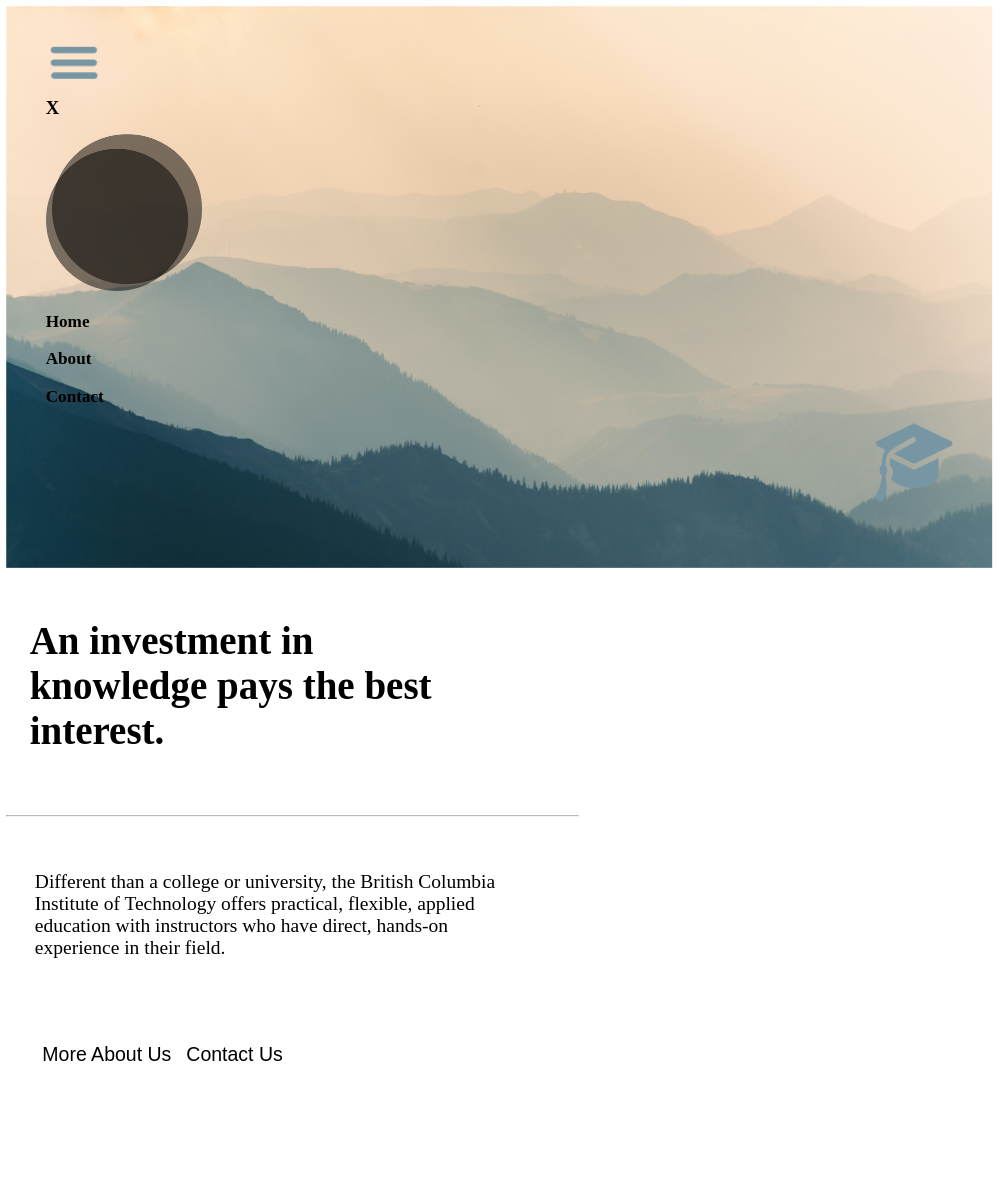
Repository: sierralaurent/MDIA2109-Assignment01
Page: /, after clicking the first element matching `button`
These files come from the project's save history. The page is drawn as it stood at one moment and after a run of saves; the edit follows.
The browser window is 1280 px wide. The pictures show the whole page, at 78% of full size.
The project was rebuilt for these pictures with package versions that can differ from the ones it lists, and the page was loaded fresh each time. The framework's server and built-in components were replaced by stand-ins that run in the browser. Also part of the build but not shown: next.config.js.

Above is the page before, as saved 2023-02-05 16:36:07.

### pages/index.js
import Head from 'next/head'
import Image from 'next/image'
import { Inter } from '@next/font/google'
import styles from '@/styles/Home.module.css'
import Link from 'next/link'
import Card from '../components/Card'
const inter = Inter({ subsets: ['latin'] })

export default function Home() {
  return (
    <>
    <nav>
      <Head>
        <title>Home</title>
        <meta name="author" content="MDIA 2109" />
        <meta property="og:title" content="Assignment #1 - Home Page" />
        <meta property="og:description" content="BCIT Digital Design and Development Diploma" />
        <link rel="icon" href="/favicon.png" />
        </Head>
        <main className={styles.main} >

          <div className={styles.nav}>
          <Card className={styles.icon1}/>
            <img src="icons/graduation-hat.png" className={styles.icon2}/>
          </div>
          <div className={styles.middle}>
            <div >
            <div className={styles.intro}>
            <h1>An investment in knowledge pays the best interest.</h1>
            </div>
            <hr></hr>
            <div className={styles.intro2}>
            <p>Different than a college or university, the British Columbia Institute of Technology offers practical, flexible, applied education with instructors who have direct, hands-on experience in their field.</p>
            </div>
            </div>

            <div className={styles.buttons}>
            <Link href="/about">
          <button className={styles.butt}>More About Us</button>
        </Link>
        <Link href="/contact">
        <button className={styles.butt}>Contact Us</button>
        </Link>
            </div>
            </div>
          <div className={styles.bottom}>
            <a href="/about">
              <span>
                <img src="icons/downwardArrow.png" className={styles.icon3}/>
              </span>
            </a>
          </div>
        </main>
    </nav>
    </>
  )
}

### styles/Home.module.css
.main {
  background-image: url('../public/background-images/backgroundMountain.jpg');
  background-size: cover;
  height: 100vh;
}

.nav {
  padding: 4%;
}

.buttons {
  padding: 5%;
  bottom: 6rem;
  left: 1rem;
  gap: 2rem;
}

.butt {
  border: 3px solid white;
  border-radius: 8%;
  background-color: transparent;
  font-size: 25px;
  width: fit-content;
  padding: 1%;

}

.butt:hover {
  background-color: white;
  color: black;
}

.intro {
  display: flex;
  justify-content: left;
  flex-direction: row;

}

.intro2 {
  display: flex;
  justify-content: left;
  flex-direction: row;
  font-size: 25px;
  padding: 5%;
}

.intro h1 {
  font-size: 50px;
  padding: 5%;
  flex-direction: row;
}
.intro p {
  font-size: 30px;
  padding: 5%;
  flex-direction: row;
}

.middle {
  display: flex;
  flex-direction: column;
  justify-content: left;
  align-items: left;
  padding-top: 10%;
  padding-right: 30%;
}

.icon1 {
  width: 100px;
  height: 100px;
  float: left;
}

.icon2 {
  width: 100px;
  height: 100px;
  float: right;
}

.icon3 {
  width: 5vw;
  height: 5vh;
  float: right;
}

.bottom {
  padding: 8%;
  padding-top: 1%;
}

/* Desktop */
@media only screen and (min-width: 1000px) {
    .intro {
      max-width: 600px;
    }
    .intro2 {
      max-width: 600px;
    }
}


/* Tablet or iPad Air */
@media only screen and (min-width: 600px) and (max-width: 999px ) {
    .intro {
      max-width: 800px;
    }
    .middle {
      padding-right: 10%;
    }
    .intro h1 {
      font-size: 35px;
    }
    .intro2 p {
      font-size: 20px;
    }
    .butt {
      font-size: 20px;
    }
    .icon1 {
      width: 80px;
      height: 80px;
    }
    .icon2 {
      width: 80px;
      height: 80px;
    }
    .bottom {
      padding-top: 30%;
    }
}

/* Mobile or iPhone XR */
@media only screen and (max-width: 599px ) {
  .intro {
    max-width: 800px;
  }
  .middle {
    padding-right: 10%;
  }
  .intro h1 {
    font-size: 28px;
  }
  .intro2 p {
    font-size: 18px;
  }
  .butt {
    font-size: 18px
  }
  .icon1 {
    width: 50px;
    height: 50px;
  }
  .icon2 {
    width: 50px;
    height: 50px;
  }
  .icon3 {
    width: 40px;
    height: 40px;
  }
  .bottom {
    padding-top: 40%;
    padding-left: 5%;
  }
}

### components/Card/index.js
import {useState} from 'react'
import Image from 'next/image'
import styles from '@/components/Card/card.module.css'

const Card = () => {
    const [showPopup, setShowPopup] = useState(0);

    return (
        <div>
            <button className={styles.butt}
                onClick={() => setShowPopup(true)}
                >
                    <img src='/icons/menu-icon.png' width={60}></img>
            </button>

            {
                showPopup ? (
                    <div className={styles.menubutton}>
                        <h1 className={styles.x} onClick={() => setShowPopup(0)}>
                            X
                        </h1>
                        <img src="./background-images/menuBackground.png" width={200} className={styles.background}></img>

                        <div className={styles.menu}>
                            <h3>Home</h3>
                            <h3>About</h3>
                            <h3>Contact</h3>
                        </div>


                        </div>
                ) : null
            }
        </div>
    );
};

export default Card;

### components/Card/card.module.css
.x {

}

.butt {
    background-color: transparent;
    border: none;
}

.menubutton {

}

.menu h3 {
    font-size: 22px;
}

.background {

}

Loaded but not shown: pages/_document.js (common file)

After the next 3 saves:
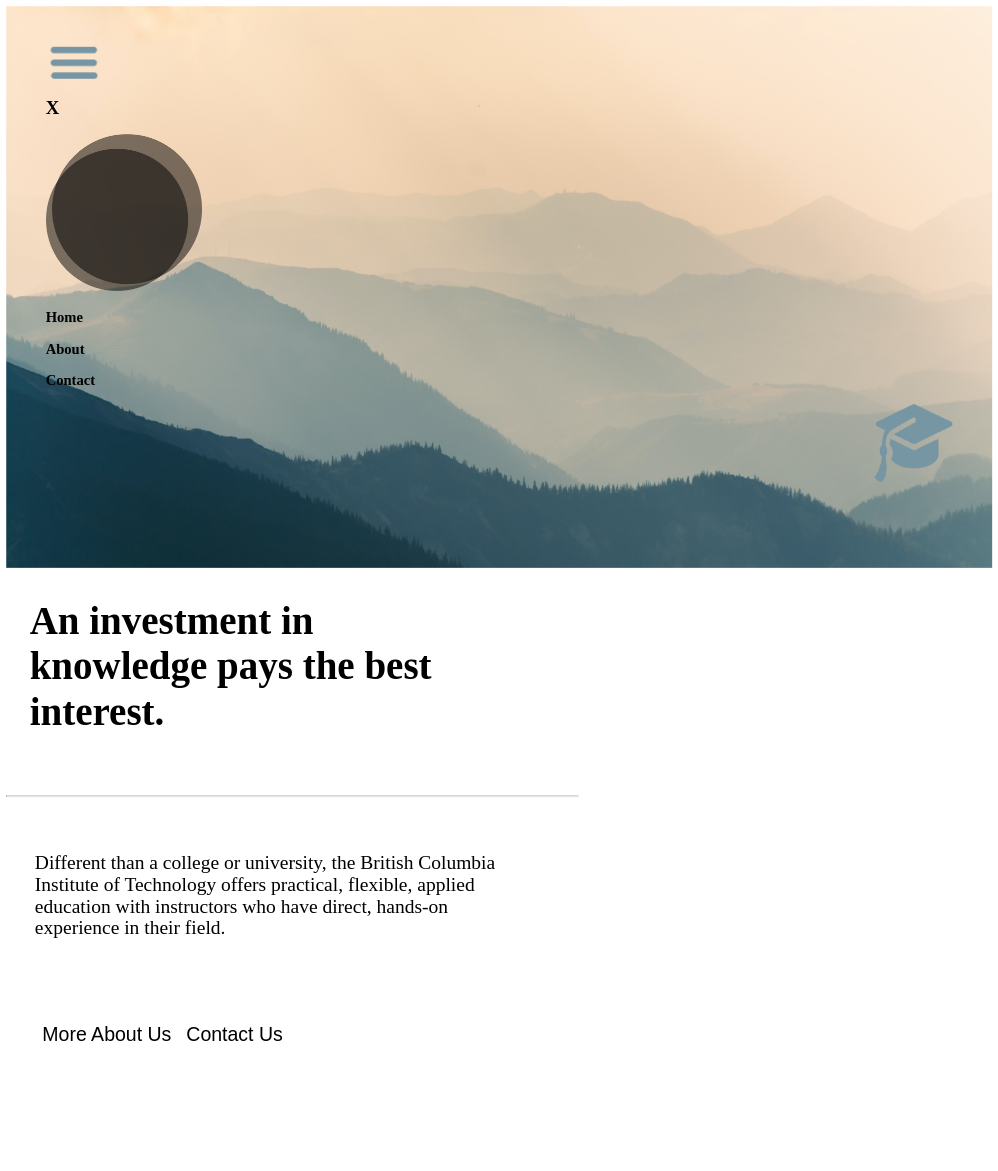
The 3 saves are shown as one change because 2 did not build or start.
The last was saved 92 s later.
--- a/components/Card/index.js
+++ b/components/Card/index.js
@@ -20,15 +20,15 @@ const Card = () => {
                             X
                         </h1>
                         <img src="./background-images/menuBackground.png" width={200} className={styles.background}></img>
-
-                        <div className={styles.menu}>
-                            <h3>Home</h3>
-                            <h3>About</h3>
-                            <h3>Contact</h3>
+                        <h3>Home</h3>
+                        <h3>About</h3>
+                        <h3>Contact</h3>
                         </div>
 
 
-                        </div>
+
+
+
                 ) : null
             }
         </div>
